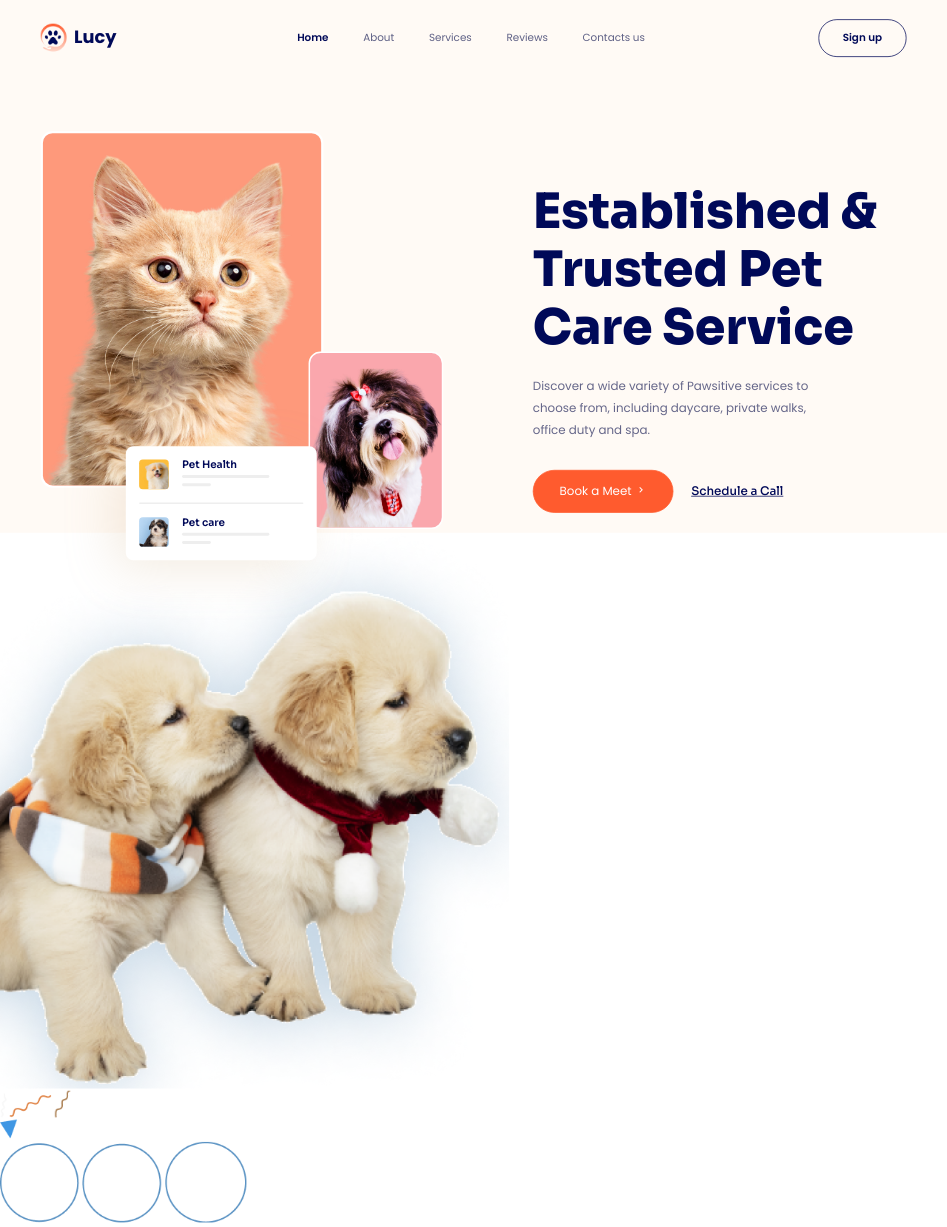
Repository: Cuongquaidan/F8projeact-04
Page: index.html
These files come from the project's save history. The page is drawn as it stood at one moment and after the next save; the edit follows.
The browser window is 1280 px wide. The pictures show the whole page, at 74% of full size.

Above is the page before, as saved 2023-04-15 12:27:58.

### index.html
<!DOCTYPE html>
<html lang="en">
    <head>
        <meta charset="UTF-8" />
        <meta http-equiv="X-UA-Compatible" content="IE=edge" />
        <meta name="viewport" content="width=device-width, initial-scale=1.0" />
        <title>F8project-4</title>
        <!-- reset css -->
        <link rel="stylesheet" href="./asset/css/reset.css" />
        <!-- font -->
        <link rel="preconnect" href="https://fonts.googleapis.com" />
        <link rel="preconnect" href="https://fonts.gstatic.com" crossorigin />
        <link
            href="https://fonts.googleapis.com/css2?family=Poppins:ital,wght@0,200;0,300;0,400;0,500;0,600;0,700;0,800;0,900;1,100;1,200;1,300;1,400;1,500;1,600;1,700;1,800;1,900&family=Sora:wght@100;200;300;400;500;600;700;800&display=swap"
            rel="stylesheet"
        />
        <!-- icon -->
        <link
            href="https://unpkg.com/boxicons@2.1.4/css/boxicons.min.css"
            rel="stylesheet"
        />

        <!-- styles -->
        <link rel="stylesheet" href="./asset/css/styles.css" />
        <link rel="stylesheet" href="./asset/css/responsive.css" />
    </head>
    <body>
        <div class="header">
            <div class="container">
                <a href="#" class="brand__link">
                    <div class="header__brand">
                        <img
                            src="./asset/img/logo.png"
                            alt="Lucy"
                            class="brand__img"
                        />
                        <span class="brand__name">Lucy</span>
                    </div>
                </a>
                <ul class="header__nav">
                    <li class="header__nav-item">
                        <a
                            href="#header"
                            class="nav-item__link nav-item--active"
                            >Home</a
                        >
                    </li>
                    <li class="header__nav-item">
                        <a href="#about" class="nav-item__link">About</a>
                    </li>
                    <li class="header__nav-item">
                        <a href="#services" class="nav-item__link">Services</a>
                    </li>
                    <li class="header__nav-item">
                        <a href="#reviews" class="nav-item__link">Reviews</a>
                    </li>
                    <li class="header__nav-item">
                        <a href="#contacts" class="nav-item__link"
                            >Contacts us</a
                        >
                    </li>
                </ul>
                <div class="header__action">
                    <button class="header__action-btn">Sign up</button>
                </div>
            </div>
            <div class="hero">
                <div class="container hero__container">
                    <div class="hero__cards">
                        <div class="cards__media">
                            <div class="cards__main-card">
                                <img src="./asset/img/pattern-1.svg" alt="pattern" class="main-card__decor">
                                <img
                                    src="./asset/img/conmeovang.png"
                                    alt="Meomeo"
                                    class="main-cards__img"
                                />
                                <img src="./asset/img/pattern-2.svg" alt="pattern" class="main-card__decor">
                            </div>
                            <div class="cards__sub-card">
                                <img
                                    src="./asset/img/conchohong.png"
                                    alt="Pets"
                                    class="sub-cards__img"
                                />
                            </div>
                        </div>
                        <div class="cards__info-card">
                            <div class="info-card__pet">
                                <div class="pet__bg-img"><img src="./asset/img/conchovang.png" alt="pets" class="pet__img"></img></div>
                                   <div class="info__inner-card">
                                    <p class="pet__title">Pet Health</p>
                                    <div class="pet__skeleton-long"></div>
                                    <div class="pet__skeleton-short"></div>
                                   </div>

                            </div>
                            <div class="seperate"></div>
                            <div class="info-card__pet">
                                <div class="pet__bg-img"> <img src="./asset/img/conchoxanh.png" alt="pets" class="pet__img"></img></div>
                                <div class="info__inner-card">
                                    <p class="pet__title">Pet care</p>
                                <div class="pet__skeleton-long"></div>
                                <div class="pet__skeleton-short"></div>
                                </div>
                            </div>
                        </div>
                    </div>
                    <section class="hero__contents">
                        <p class="hero__contents-title title">Established &
                            Trusted Pet
                            Care Service</p>
                        <p class="hero__contents-desc desc">
                            Discover a wide variety of Pawsitive services to choose from, including daycare, private walks, office duty and spa.
                        </p>
                        <div class="hero__contents-booking">
                            <button class="btn booking__btn">Book a Meet <span class="book-chevron"><i class='bx bx-chevron-right'></i></span></button>
                            <a href="#!" class="booking-call">Schedule a Call</a>
                        </div>
                    </section>
                </div>
            </div>
        </div>
        <div class="about">
            <div class="about__media">
                <img src="./asset/img/image 57.png" alt="pets">
                <div class="about__media-wrap1">
                    <img src="./asset/img/Vector 10.png" alt="">
                    <img src="./asset/img/Vector 9.png" alt="">
                    <img src="./asset/img/Vector 8.png" alt="">
                </div>
                <div class="about__media-wrap2">
                    <img src="./asset/img/Vector 11.png" alt="">
                    <img src="./asset/img/Vector 12.png" alt="">
                </div>
                <div class="about__media-wrap3">
                    <img src="./asset/img/hinhtron1.png" alt="">
                    <img src="./asset/img/hinhtron2.png" alt="">
                    <img src="./asset/img/hinhtron3.png" alt="">
                </div>
            </div>
            <div class="about__contents">

            </div>
        </div>
        <script src="./app.js"></script>
    </body>
</html>

### asset/css/styles.css
* {
    box-sizing: border-box;
}
html {
    font-size: 62.5%;
}

:root {
    --primary-background-color: #fffaf5;
    --primary-font-tittle: "Sora", sans-serif;
    --primary-color: #000958;
}
body {
    font-size: 1.6rem;
    font-family: "Poppins", sans-serif;
}
/* comman */
input,
textarea,
select,
button {
    font-size: inherit;
    font-family: inherit;
}
a {
    text-decoration: none;
    color: #5e6085;
}
.container {
    width: 1170px;
    margin-left: auto;
    margin-right: auto;
    display: flex;
    text-align: center;
}
.title {
    color: var(--primary-color);
    font-family: "Sora", sans-serif;
    font-size: 5.2em;
    font-weight: 800;
    text-align: left;
}
.desc {
    font-weight: 400;
    font-size: 16px;
    line-height: 30px;
    text-align: left;
    color: #656689;
}
.btn {
    height: 54px;
    min-width: 190px;
    border: 1px solid #ff5b2e;
    color: #ff5b2e;
    background-color: #ffffff;
    border-radius: 31px;
}
/* header */
.header {
    background-color: var(--primary-background-color);
    padding-top: 26px;
    height: 100vh;
    font-size: 1rem;
}

.header .container {
    justify-content: space-between;
}
.header__brand {
    display: flex;
    text-align: center;
    padding: 6px 0px;
}
.brand__img {
    width: 35px;
    height: auto;
    object-fit: cover;
}
.brand__name {
    color: var(--primary-color);
    font-size: 2.4em;
    font-weight: 700;
    padding: 6px 10px;
}
.header__nav {
    display: flex;
    width: 490px;
    justify-content: space-between;
    text-align: center;
}
.header__nav-item {
    padding: 18px 10px;
    font-size: 1.4em;
    color: #5e6085;
}
.nav-item--active {
    font-weight: 600;
    color: var(--primary-color);
}
.header__action-btn {
    font-size: 1.4em;
    font-weight: 600;
    padding: 14px 32px;
    border: 1px solid var(--primary-color);
    color: var(--primary-color);
    background-color: var(--primary-background-color);
    border-radius: 25px;
}
/* hero */
.hero {
    margin-top: 100px;
    font-size: 1rem;
}
.hero__container {
    display: grid;
    grid-template-columns: repeat(2, 1fr);
}
.hero__cards {
    position: relative;
}
.cards__media {
    display: flex;
    align-items: end;
}

.cards__main-card {
    position: relative;
    width: 382px;
    height: 482px;
    background-color: #fe997b;
    border: 3px solid white;
    border-radius: 16px;
}
.main-cards__img {
    position: absolute;
    bottom: 0;
    left: 0;
    max-width: 100%;
    border-radius: 16px;
}
.main-card__decor {
    position: absolute;
    z-index: -1;
    top: 17px;
    right: -35px;
}
.main-card__decor:nth-child(3) {
    position: absolute;
    top: auto;
    right: auto;
    bottom: 10px;
    left: -58px;
}

.cards__sub-card {
    position: relative;
    margin-left: -20px;
    transform: translateY(56px);
    width: 182px;
    height: 240px;
    background-color: #faa7ad;
    border: 2px solid white;
    border-radius: 16px;
}
.sub-cards__img {
    position: absolute;
    bottom: 0;
    left: 0;
    max-width: 100%;
    border-radius: 16px;
}
.cards__info-card {
    position: absolute;
    top: 426px;
    right: 212px;
    background-color: white;
    box-shadow: -17px 14px 68px -4px rgba(207, 174, 132, 0.25);
    border-radius: 10px;
}

.info-card__pet {
    display: flex;
}
.seperate {
    width: 222px;
    margin-left: 18px;
    margin-right: 18px;
    background-color: #eee;
    height: 2px;
    border-radius: 1px;
}
.pet__bg-img {
    background-color: #fdbf3d;
    margin: 18px;
    width: 40px;
    height: 40px;
    border-radius: 5px;
}
.info-card__pet:nth-child(3) .pet__bg-img {
    background-color: #bcdaf5;
}
.pet__img {
    width: 100%;
    border-radius: 5px;
}
.info__inner-card {
    margin-top: 18px;
    display: flex;
    flex-direction: column;
    align-items: start;
}
.pet__title {
    color: var(--primary-color);
    font-family: "Sora", sans-serif;
    font-size: 1.4em;
    font-weight: 600;
}
.pet__skeleton-long {
    margin-top: 7px;
    margin-bottom: 7px;
    background-color: #eee;
    border-radius: 3px;
    width: 118px;
    height: 4px;
}
.pet__skeleton-short {
    background-color: #eee;
    border-radius: 3px;
    width: 39px;
    height: 4px;
}
.hero__contents {
    padding-top: 70px;
    padding-left: 80px;
}
.hero__contents-title {
    font-size: 6.6em;
    line-height: 1.19;
    margin-bottom: 24px;
    margin-right: 30px;
}
.hero__contents-desc {
    width: 390px;
}
.hero__contents-booking {
    display: flex;
    justify-content: start;
    align-items: center;
    margin-top: 38px;
}
.booking__btn {
    height: 58px;
    min-width: 190px;
    font-size: 1.6em;
    border: 1px solid #ff5b2e;
    color: #fff;
    background-color: #ff5b2e;
}
.booking-chevron {
    display: inline-block;
    width: 20px;
    height: 20px;
    border-radius: 999px;
    background-color: #fff;
    color: #ff5b2e;
    line-height: 20px;
    margin-left: 10px;
}
.booking-chevron .bx-chevron-right {
    text-align: center;
    line-height: 20px;
}
.booking-call {
    font-family: "Sora", sans-serif;
    margin-left: 24px;
    text-decoration: underline;
    color: var(--primary-color);
    font-weight: 500;
    font-size: 16px;
}

Loaded but not shown: asset/css/reset.css (common file); app.js (no copy from this time; the picture is the same without it); asset/css/responsive.css (no stored copy; drawn as an empty file)

After the next save:
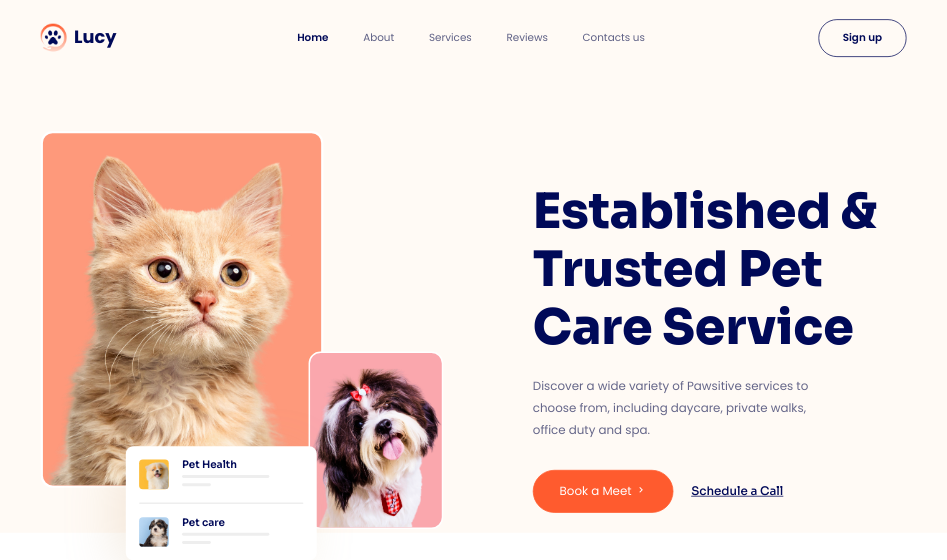
Saved 38 s later.
--- a/index.html
+++ b/index.html
@@ -122,7 +122,7 @@
             </div>
         </div>
         <div class="about">
-            <div class="about__media">
+            <!-- <div class="about__media">
                 <img src="./asset/img/image 57.png" alt="pets">
                 <div class="about__media-wrap1">
                     <img src="./asset/img/Vector 10.png" alt="">
@@ -141,7 +141,7 @@
             </div>
             <div class="about__contents">
 
-            </div>
+            </div> -->
         </div>
         <script src="./app.js"></script>
     </body>
